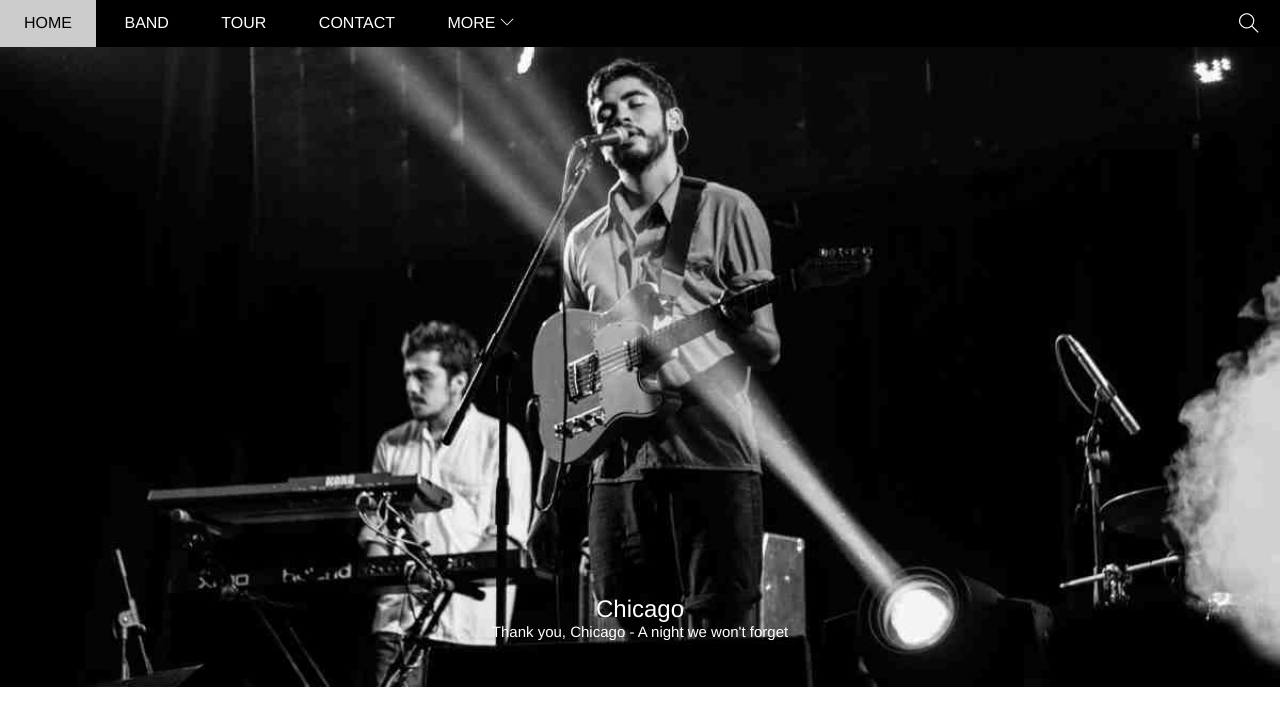
Repository: qhoa25623/The-Band
Page: index.html
An editor plug-in stored every save of this project. The page is shown before and after the next save, followed by the edit.
The browser window is 1280 px wide. The pictures show the whole page.

Above is the page before, as saved 2022-04-25 22:58:03.

### index.html
<!DOCTYPE html>
<html lang="en">
  <head>
    <meta charset="UTF-8" />
    <meta http-equiv="X-UA-Compatible" content="IE=edge" />
    <meta name="viewport" content="width=device-width, initial-scale=1.0" />
    <title>Document</title>
    <link rel="stylesheet" href="./assets/css/styles.css" />
    <link
      rel="stylesheet"
      href="./assets/fonts/themify-icons/themify-icons.css"
    />
  </head>
  <body>
    <div id="main">
      <div id="header">
        <ul id="nav">
          <li><a href="">Home</a></li>
          <li><a href="">Band</a></li>
          <li><a href="">Tour</a></li>
          <li><a href="">Contact</a></li>
          <li>
            <a href="">
              More
              <i class="nav-arrow-down ti-angle-down"></i>
            </a>
            <ul class="subnav">
              <li><a href="">Merchandise</a></li>
              <li><a href="">Extras</a></li>
              <li><a href="">Media</a></li>
            </ul>
          </li>
        </ul>
        <div class="search-btn">
          <i class="search-icon ti-search"></i>
        </div>
      </div>
      <div id="slider">
        <div class="text-content">
          <h2 class="text-heading">Chicago</h2>
          <div class="text-description">
            Thank you, Chicago - A night we won't forget
          </div>
        </div>
      </div>
      <div id="content"></div>
      <div id="footer"></div>
    </div>
  </body>
</html>

### assets/css/styles.css
/* Reset CSS */
* {
  padding: 0;
  margin: 0;
  box-sizing: border-box;
}
html {
  font-family: Helvetica, Arial, sans-serif;
}
#main {
}
#header {
  position: fixed;
  top: 0;
  left: 0;
  right: 0;
  height: 46.5px;
  background-color: #000;
}
#nav {
  display: inline-block;
}
#nav,
.subnav {
  list-style-type: none;
}
#nav > li {
  display: inline-block;
}
#nav li {
  position: relative;
}
#nav > li > a {
  color: #fff;
  text-transform: uppercase;
}
#nav li a {
  text-decoration: none;
  line-height: 46.5px;
  padding: 0 24px;
  display: block;
}
#nav li:hover .subnav {
  display: block;
}
#nav > li:hover > a,
#nav .subnav li:hover a {
  color: #000;
  background-color: #ccc;
}
#nav .subnav {
  min-width: 160px;
  top: 100%;
  left: 0;
  display: none;
  position: absolute;
  background-color: #fff;
  box-shadow: 0 0 10px rgba(0, 0, 0, 0.3);
}
#nav .subnav a {
  color: #000;
  padding: 0 16px;
  line-height: 38.5px;
}
#nav .nav-arrow-down {
  font-size: 14px;
}
#header .search-btn {
  float: right;
  padding: 0 21px;
}
#header .search-btn:hover {
  background-color: #f44336;
}
#header .search-icon {
  color: #fff;
  font-size: 20px;
  line-height: 46.5px;
}
#slider {
  position: relative;
  margin-top: 46.5px;
  padding-top: 50%;
  background: url("/assets/img/slider/slider1.jpg") top center / cover no-repeat;
}
#slider .text-content {
  position: absolute;
  bottom: 47px;
  color: #fff;
  left: 50%;
  transform: translateX(-50%);
  text-align: center;
}
#slider .text-heading {
  font-weight: 500;
  font-size: 24px;
}
#slider .text-description {
  font-size: 15px;
  margin-top: ;
}
#content {
}
#footer {
}

Loaded but not shown: assets/fonts/themify-icons/themify-icons.css (common file)

After the next save:
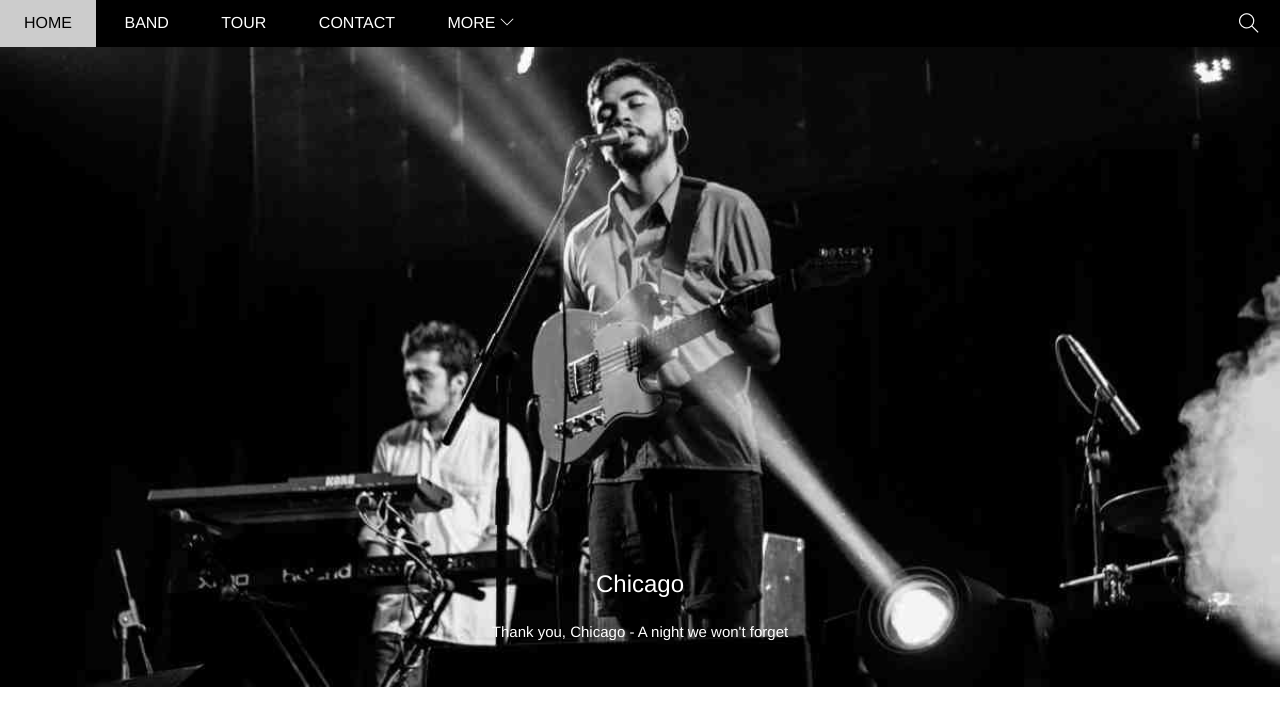
Saved 4 s later.
--- a/assets/css/styles.css
+++ b/assets/css/styles.css
@@ -97,7 +97,7 @@ html {
 }
 #slider .text-description {
   font-size: 15px;
-  margin-top: ;
+  margin-top: 25px;
 }
 #content {
 }
